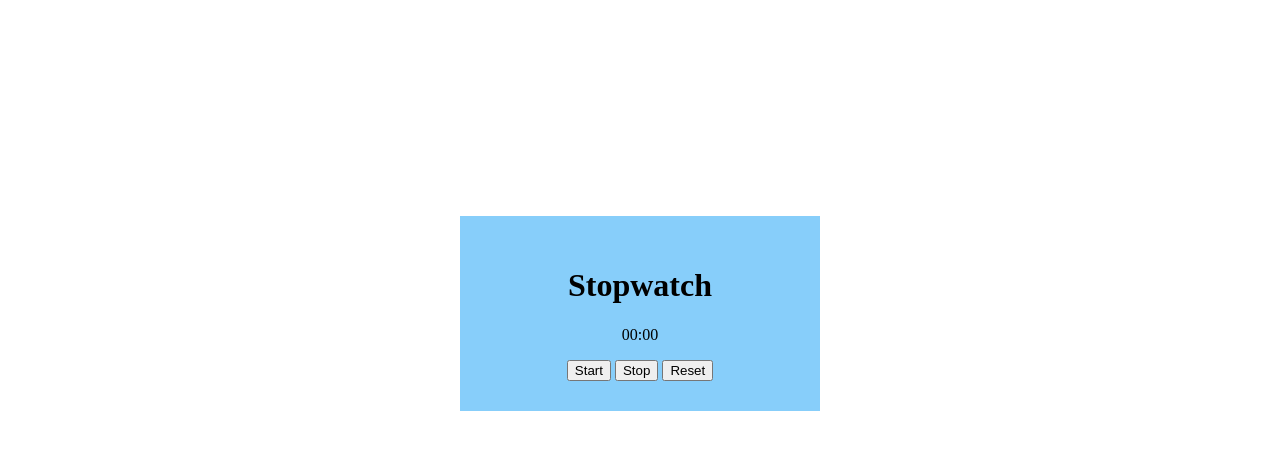
Repository: LeyaAbraham/web-dev
Page: clock.html
The author's editor kept a copy of each file at every save. The page is drawn from the files as they stood at one save, then again after the next save.
The browser window is 1280 px wide. The pictures show the whole page.

Above is the page before, as saved 2021-01-05 23:09:21.

### clock.html
<!DOCTYPE html>
<html>

<head>
    <title>Page Title</title>
    <link rel="stylesheet" href="style.css" type="text/css">

</head>

<body>
    <div id="wrap">
        <h1>Stopwatch</h1>
        <p><span id="seconds">00</span>:<span id="nano">00</span></p>
        <button id="start">Start</button>
        <button id="stop">Stop</button>
        <button id="reset">Reset</button>
    </div>
    <script src="clock.js"></script>
</body>

</html>

### style.css
#wrap {
    background-color: lightskyblue;
    border-color: lightyellow;
    text-align: center;
    padding: 30px;
    margin: 30px;
    width: 300px;
    position: absolute;
	top:30%;
	left: 0;
	right: 0;

	margin: auto;

}

### clock.js
window.onload = function () {

    var seconds = 00;
    var nano = 00;

    var interval;
    document.getElementById("start").onclick = start;
    document.getElementById("stop").onclick = stop;
    document.getElementById("reset").onclick = reset;

    function start() {

        interval = setInterval(runTimer, 10);

    }

    function stop() {
        clearInterval(interval);
    }

    function reset() {
        clearInterval(interval);
        nano = 00;
        seconds = 00;
        document.getElementById("nano").innerHTML = "00";
        document.getElementById("seconds").innerHTML = "00";
    }

    function runTimer() {
        var num = nano++;
        console.log(num);

        if (nano > 9) {
            console.log("in if");
            document.getElementById("nano").innerHTML = nano;
        }
        if (nano < 9) {
            document.getElementById("nano").innerHTML = "0" + nano;
        }
        if (nano > 99) {
            seconds++;
            nano = 0;
            document.getElementById("seconds").innerHTML = "0" + seconds;

        }

        if (seconds > 9) {
            document.getElementById("seconds") = seconds;
        }
    }
}

After the next save:
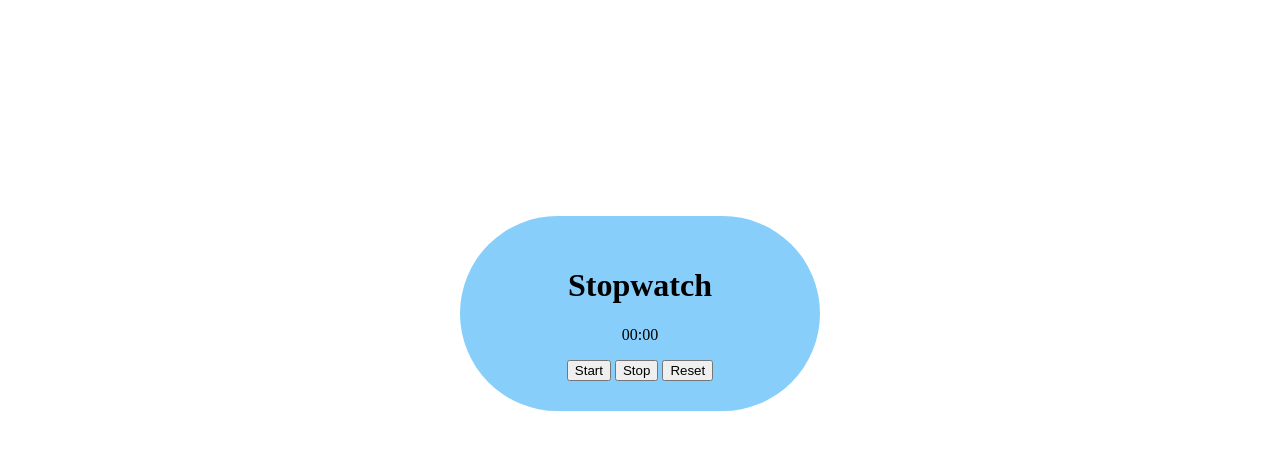
Saved 18 s later.
--- a/style.css
+++ b/style.css
@@ -1,6 +1,7 @@
 #wrap {
     background-color: lightskyblue;
     border-color: lightyellow;
+    border-radius: 3cm;
     text-align: center;
     padding: 30px;
     margin: 30px;
